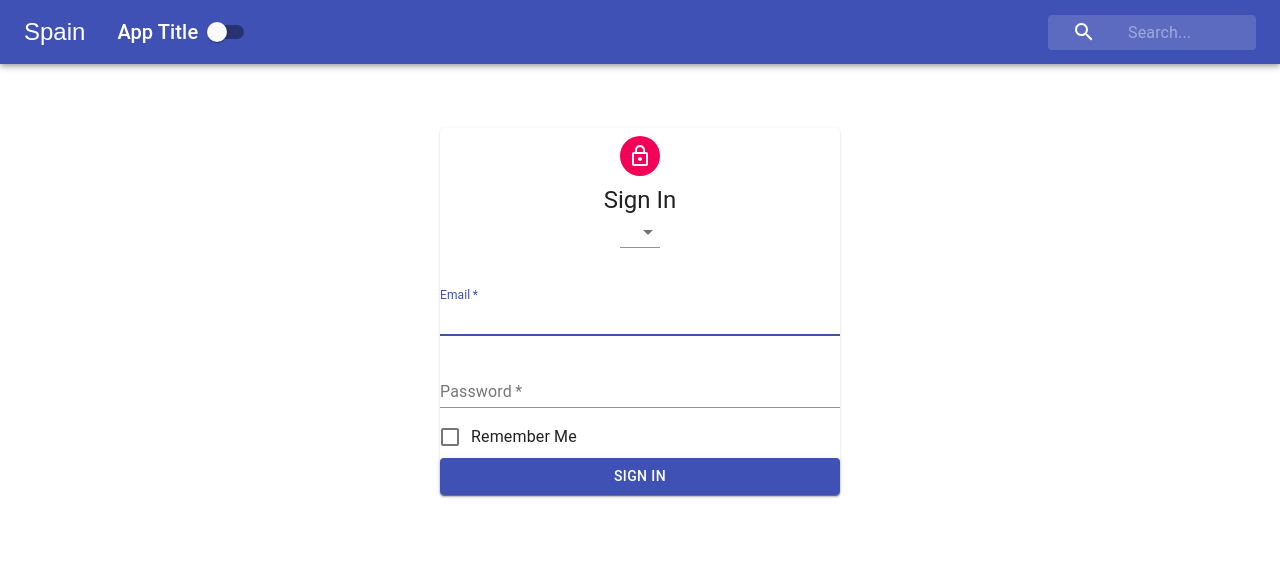
Repository: zhapar/context
Page: /
An editor plug-in stored every save of this project. The page is shown before and after the next save, followed by the edit.
The browser window is 1280 px wide. The pictures show the whole page.
The project was rebuilt for these pictures with package versions that can differ from the ones it lists, and the page was loaded fresh each time.

Above is the page before, as saved 2020-09-29 08:31:35.

### src/App.js
import React from "react";
import Navbar from "./Navbar";
import Form from "./Form";

function App() {
  return (
    <>
      <Navbar />
      <Form />
    </>
  );
}

export default App;

### src/Navbar.js
import React, { Component } from "react";
import AppBar from "@material-ui/core/AppBar";
import Toolbar from "@material-ui/core/Toolbar";
import IconButton from "@material-ui/core/IconButton";
import Typography from "@material-ui/core/Typography";
import InputBase from "@material-ui/core/InputBase";
import SearchIcon from "@material-ui/icons/Search";
import Switch from "@material-ui/core/Switch";
import { withStyles } from "@material-ui/core/styles";
import styles from "./styles/NavBarStyles";

class Navbar extends Component {
  render() {
    const { classes } = this.props;
    return (
      <div className={classes.root}>
        <AppBar position="static" color="primary">
          <Toolbar>
            <IconButton className={classes.menuButton} color="inherit">
              <span>Spain</span>
            </IconButton>
            <Typography className={classes.title} variant="h6" color="inherit">
              App Title
            </Typography>
            <Switch />
            <div className={classes.grow}></div>
            <div className={classes.search}>
              <div className={classes.searchIcon}>
                <SearchIcon />
              </div>
              <InputBase
                placeholder="Search..."
                classes={{
                  root: classes.inputRoot,
                  input: classes.inputInput,
                }}
              />
            </div>
          </Toolbar>
        </AppBar>
      </div>
    );
  }
}

export default withStyles(styles)(Navbar);

### src/Form.js
import React, { Component } from "react";
import Avatar from "@material-ui/core/Avatar";
import Button from "@material-ui/core/Button";
import CssBaseline from "@material-ui/core/CssBaseline";
import FormControl from "@material-ui/core/FormControl";
import FormControlLabel from "@material-ui/core/FormControlLabel";
import Checkbox from "@material-ui/core/Checkbox";
import Input from "@material-ui/core/Input";
import InputLabel from "@material-ui/core/InputLabel";
import LockOutlinedIcon from "@material-ui/icons/LockOutlined";
import Paper from "@material-ui/core/Paper";
import Typography from "@material-ui/core/Typography";
import MenuItem from "@material-ui/core/MenuItem";
import Select from "@material-ui/core/Select";
import withStyles from "@material-ui/core/styles/withStyles";
import styles from "./styles/FormStyles";

class Form extends Component {
  render() {
    const { classes } = this.props;
    return (
      <main className={classes.main}>
        <Paper className={classes.paper}>
          <Avatar className={classes.avatar}>
            <LockOutlinedIcon />
          </Avatar>
          <Typography variant="h5">Sign In</Typography>
          <Select>
            <MenuItem>English</MenuItem>
            <MenuItem>French</MenuItem>
            <MenuItem>Spanish</MenuItem>
          </Select>
          <form className={classes.form}>
            <FormControl margin="normal" required fullWidth>
              <InputLabel htmlFor="email">Email</InputLabel>
              <Input id="email" name="email" autoFocus />
            </FormControl>
            <FormControl margin="normal" required fullWidth>
              <InputLabel htmlFor="password">Password</InputLabel>
              <Input id="password" name="password" />
            </FormControl>
            <FormControlLabel
              control={<Checkbox color="primary" />}
              label="Remember Me"
            />
            <Button
              variant="contained"
              type="submit"
              fullWidth
              color="primary"
              className={classes.submit}
            >
              Sign In
            </Button>
          </form>
        </Paper>
      </main>
    );
  }
}

export default withStyles(styles)(Form);

### src/styles/NavBarStyles.js
import { fade } from "@material-ui/core/styles/colorManipulator";

const styles = (theme) => ({
  root: {
    width: "100%",
    marginBottom: 0,
  },
  grow: {
    flexGrow: 1,
  },
  menuButton: {
    marginLeft: "-12px",
    marginRight: "20px",
  },
  title: {
    display: "none",
    [theme.breakpoints.up("sm")]: {
      display: "block",
    },
  },
  search: {
    position: "relative",
    borderRadius: theme.shape.borderRadius,
    backgroundColor: fade(theme.palette.common.white, 0.15),
    "&:hover": {
      backgroundColor: fade(theme.palette.common.white, 0.25),
    },
    marginLeft: 0,
    width: "100%",
    [theme.breakpoints.up("sm")]: {
      marginLeft: theme.spacing.unit,
      width: "auto",
    },
  },
  searchIcon: {
    width: theme.spacing.unit * 9,
    height: "100%",
    position: "absolute",
    display: "flex",
    alignItems: "center",
    justifyContent: "center",
  },
  inputRoot: {
    color: "inherit",
    width: "100%",
  },
  inputInput: {
    paddingTop: theme.spacing.unit,
    paddingRight: theme.spacing.unit,
    paddingBottom: theme.spacing.unit,
    paddingLeft: theme.spacing.unit * 10,
    transition: theme.transitions.create("width"),
    width: "100%",
    [theme.breakpoints.up("sm")]: {
      width: "120px",
      "&:focus": {
        width: "200px",
      },
    },
  },
});

export default styles;

### src/styles/FormStyles.js
const styles = (theme) => ({
  main: {
    width: "auto",
    display: "block",
    marginLeft: theme.spacing.unit * 3,
    marginRight: theme.spacing.unit * 3,
    [theme.breakpoints.up("md")]: {
      width: 400,
      marginLeft: "auto",
      marginRight: "auto",
    },
  },
  paper: {
    marginTop: theme.spacing.unit * 8,
    display: "flex",
    flexDirection: "column",
    alignItems: "center",
  },
  avatar: {
    margin: theme.spacing.unit,
    backgroundColor: theme.palette.secondary.main,
  },
  form: {
    width: "100%",
    marginTop: theme.spacing.unit * 3,
  },
});

export default styles;

Loaded but not shown: public/index.html (common file); src/index.js (common file); src/index.css (common file); src/serviceWorker.js (common file)

After the next save:
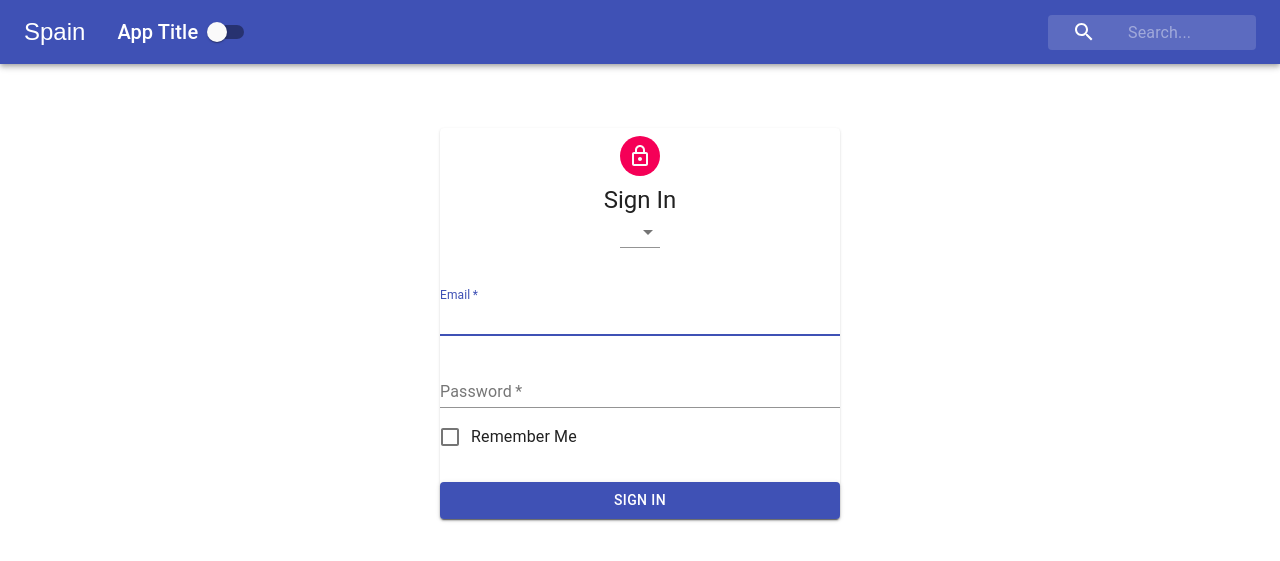
Saved 45 s later.
--- a/src/styles/FormStyles.js
+++ b/src/styles/FormStyles.js
@@ -24,6 +24,9 @@ const styles = (theme) => ({
     width: "100%",
     marginTop: theme.spacing.unit * 3,
   },
+  submit: {
+    marginTop: theme.spacing.unit * 3,
+  },
 });
 
 export default styles;
